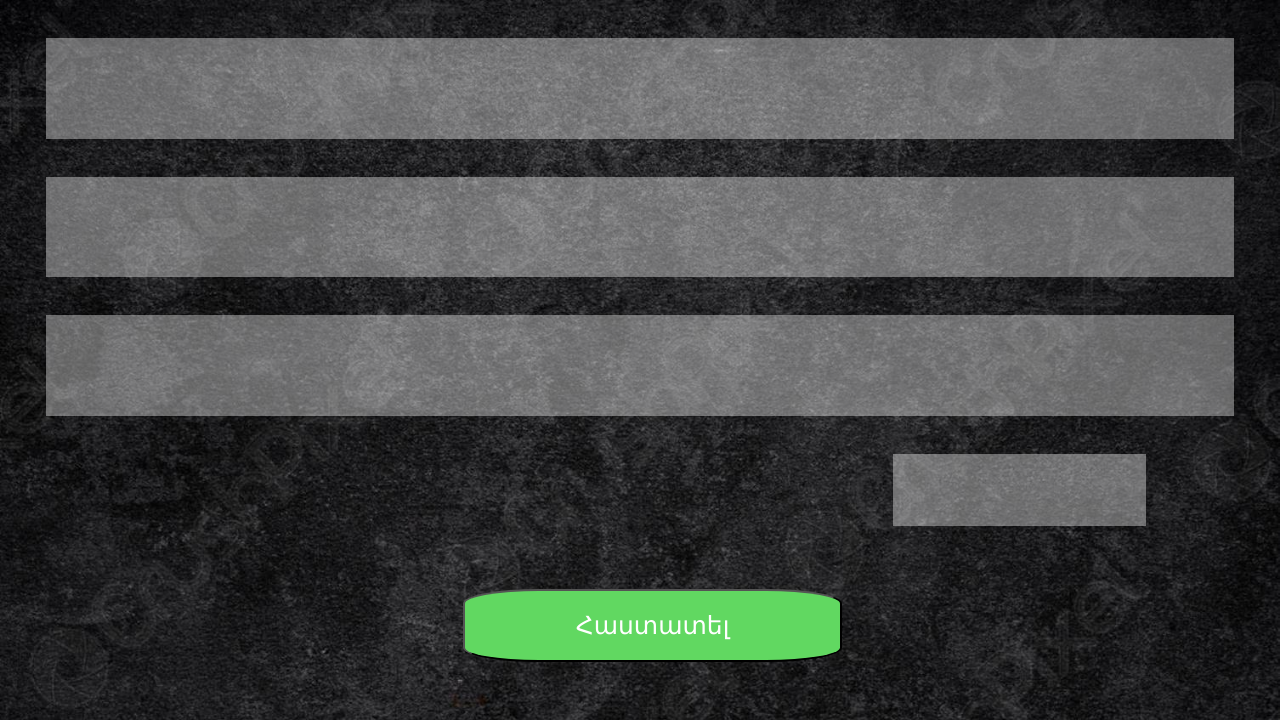
Repository: NarekTovmasyan/PizzaManue
Page: public/basket.html
The author's editor kept a copy of each file at every save. The page is drawn from the files as they stood at one save, then again after the next save.
The browser window is 1280 px wide. The pictures show the whole page.

Above is the page before, as saved 2022-01-20 13:40:01.

After the next save:
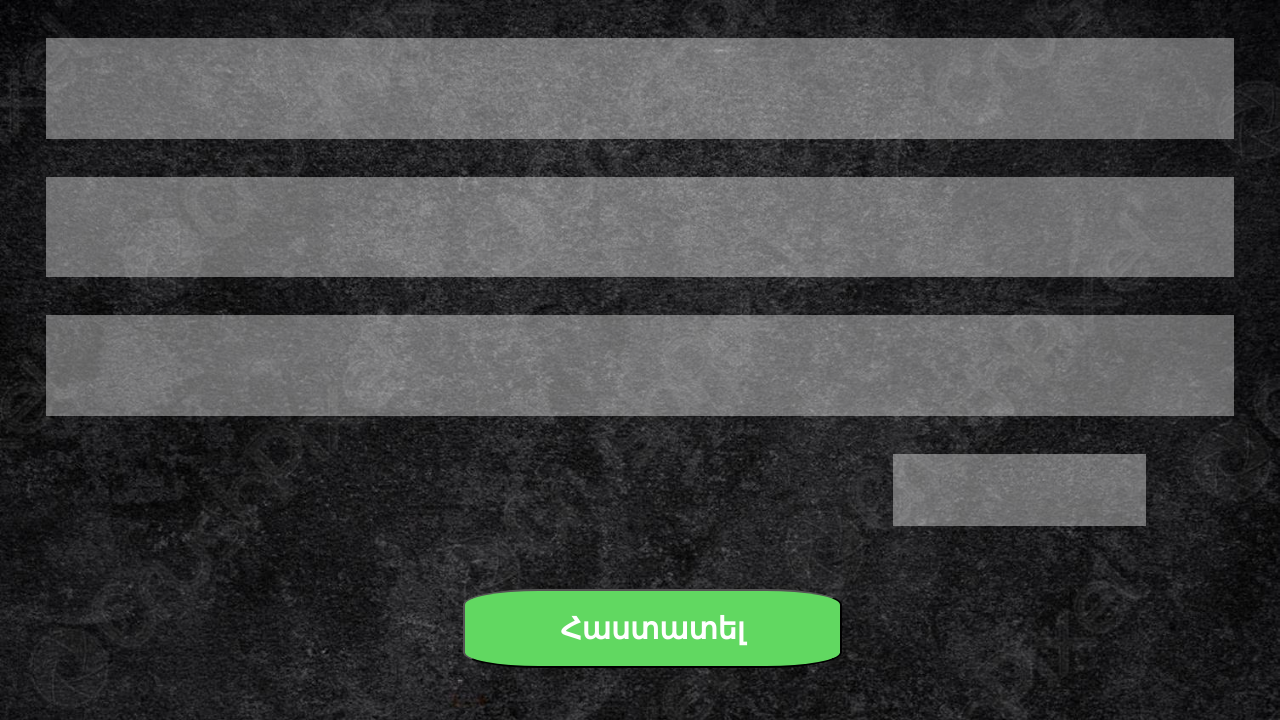
Saved 30 s later.
--- a/public/basket.css
+++ b/public/basket.css
@@ -34,7 +34,8 @@
     border-radius: 20%;
     width: 30%;
     text-align:center;
-    font-size: 25px;
+    font-size: 30px;
+    font-weight: 700;
     margin-left:36%;
     margin-top: 5%;
     color:white;
